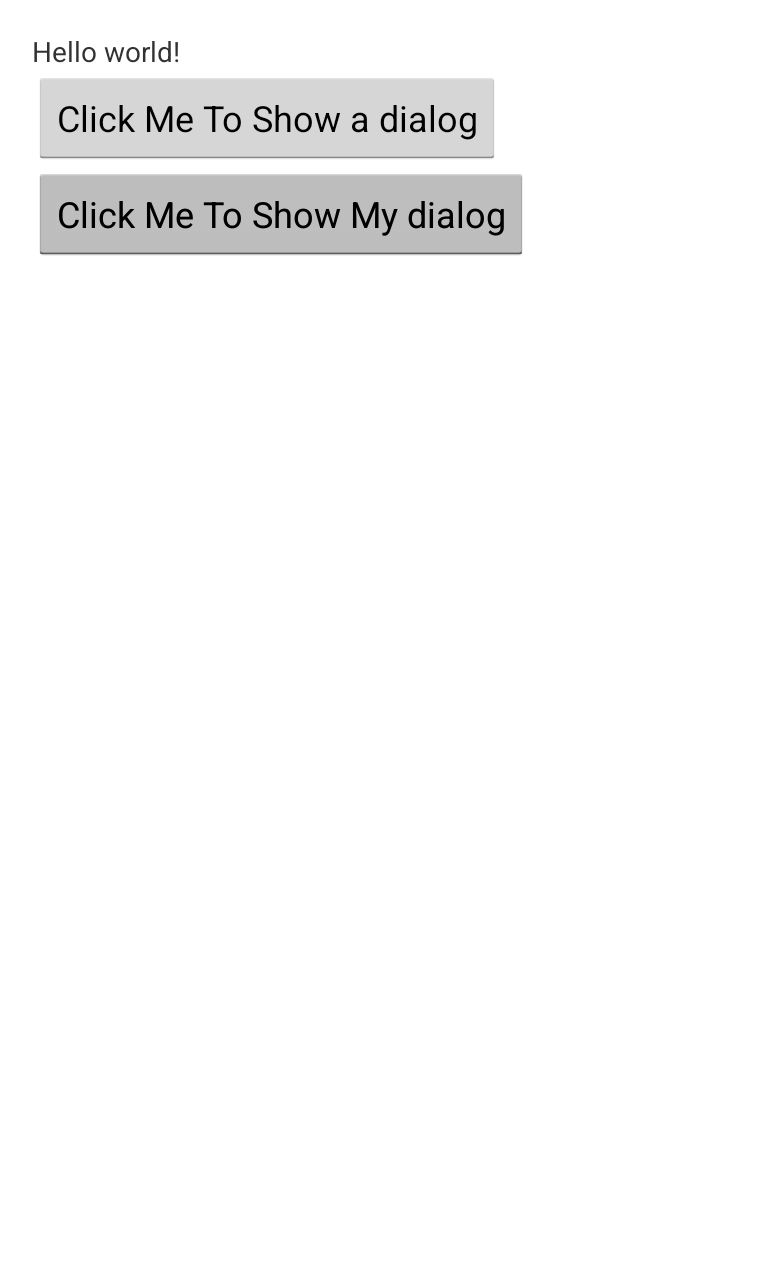
Repository: libelosophy/anjoyo
Layout: workspace/DialogDemo/res/layout/activity_dialog_demo.xml
These files come from the project's save history. The layout is drawn as it stood at one moment and after the next save; the edit follows.
It is drawn on a 768 x 1280 px phone screen (xhdpi) without system bars, with theme AppTheme; the app's code is not run.

Above is the layout before, as saved 2013-09-12 01:53:38.

### workspace/DialogDemo/res/layout/activity_dialog_demo.xml
<RelativeLayout xmlns:android="http://schemas.android.com/apk/res/android"
    xmlns:tools="http://schemas.android.com/tools"
    android:layout_width="match_parent"
    android:layout_height="match_parent"
    android:paddingBottom="@dimen/activity_vertical_margin"
    android:paddingLeft="@dimen/activity_horizontal_margin"
    android:paddingRight="@dimen/activity_horizontal_margin"
    android:paddingTop="@dimen/activity_vertical_margin"
    tools:context=".DialogDemo" >

    <TextView
        android:id="@+id/hello"
        android:layout_width="wrap_content"
        android:layout_height="wrap_content"
        android:text="@string/hello_world" />


    <Button
        android:id="@+id/dialog_trigger_btn"
        android:layout_height="wrap_content"
        android:layout_width="wrap_content"
        android:text="@string/dialog_trigger_tips"
        android:layout_below="@id/hello"
         android:onClick="onClick"
        />
     <Button
        android:id="@+id/mydialog_trigger_btn"
        android:layout_height="wrap_content"
        android:layout_width="wrap_content"
        android:text="@string/mydialog_trigger_tips"
        android:layout_below="@id/dialog_trigger_btn"
        android:onClick="onClick"
        />
      <Button
        android:id="@+id/progress_trigger_btn"
        android:layout_height="wrap_content"
        android:layout_width="wrap_content"
        android:text="@string/mydialog_trigger_tips"
        android:layout_below="@id/dialog_trigger_btn"
        android:onClick="onClick"
        />

</RelativeLayout>

### workspace/DialogDemo/res/values/strings.xml
<?xml version="1.0" encoding="utf-8"?>
<resources>

    <string name="app_name">DialogDemo</string>
    <string name="action_settings">Settings</string>
    <string name="hello_world">Hello world!</string>


    <string name ="dialog_trigger_tips">Click Me To Show a dialog</string>
	<string name ="mydialog_trigger_tips">Click Me To Show My dialog</string>


</resources>

Loaded but not shown: workspace/DialogDemo/res/values/styles.xml (common file); workspace/DialogDemo/res/values-v11/styles.xml (common file); workspace/DialogDemo/res/values-v14/styles.xml (common file); workspace/DialogDemo/res/values/dimens.xml (common file)

After the next save:
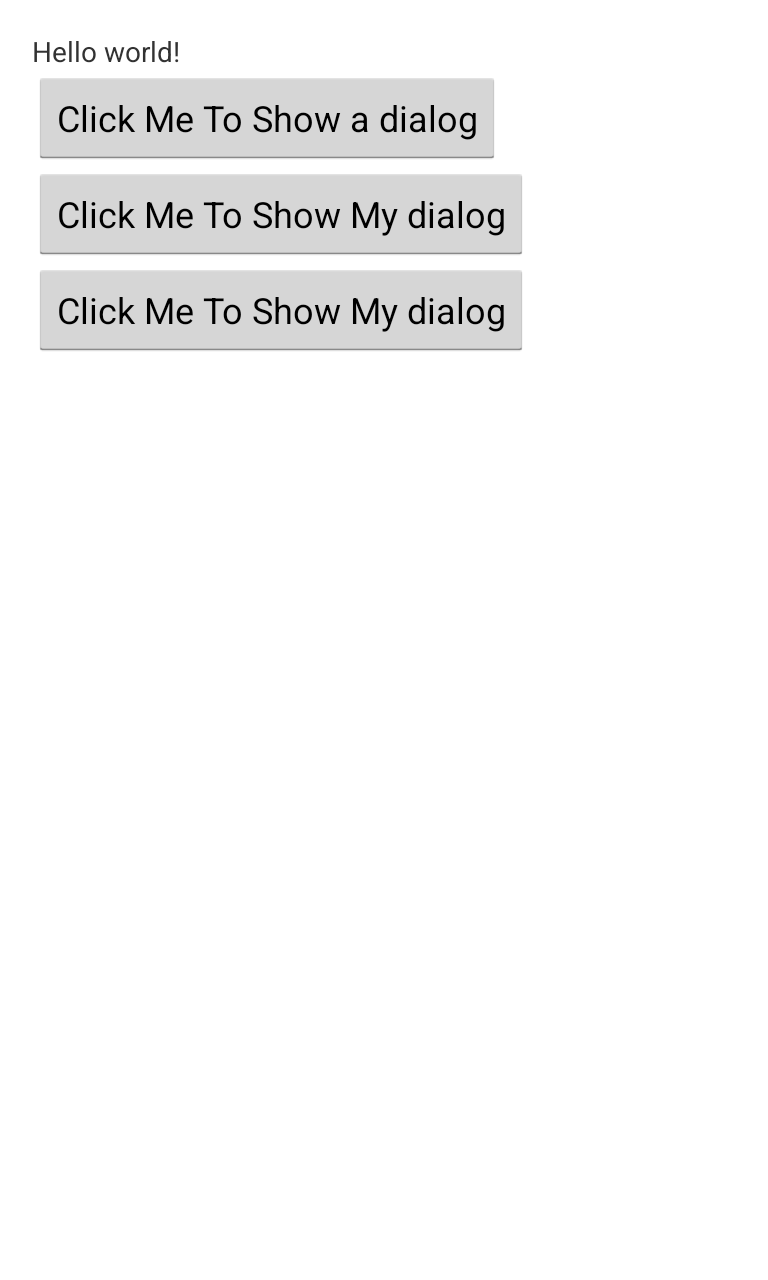
Saved 14 s later.
--- a/workspace/DialogDemo/res/layout/activity_dialog_demo.xml
+++ b/workspace/DialogDemo/res/layout/activity_dialog_demo.xml
@@ -36,7 +36,7 @@
         android:layout_height="wrap_content"
         android:layout_width="wrap_content"
         android:text="@string/mydialog_trigger_tips"
-        android:layout_below="@id/dialog_trigger_btn"
+        android:layout_below="@id/mydialog_trigger_btn"
         android:onClick="onClick"
         />
 
